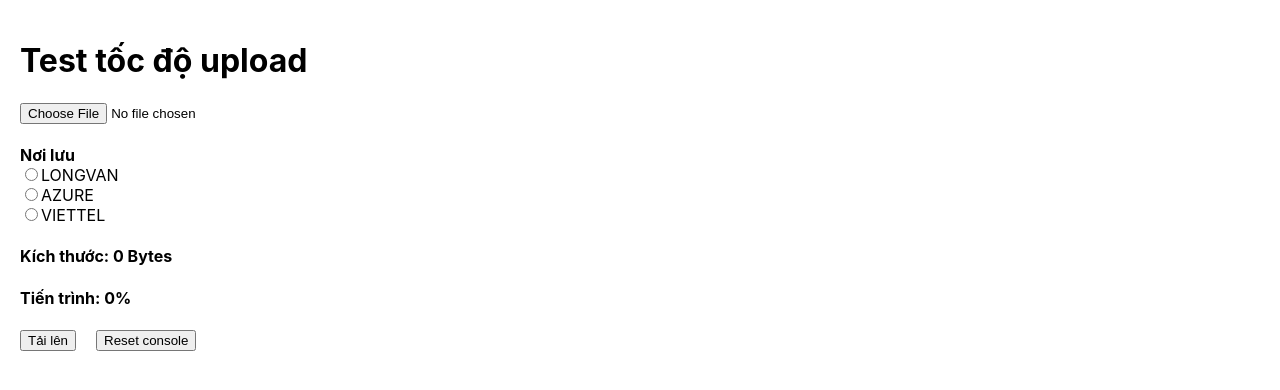
Repository: duc30012001/viettel-test-upload
Page: /
These files come from the project's save history. The page is drawn as it stood at one moment and after the next save; the edit follows.
The browser window is 1280 px wide. The pictures show the whole page.
The project was rebuilt for these pictures with package versions that can differ from the ones it lists, and the page was loaded fresh each time. Imported but missing from the stored project, and not drawn on this page: src/reportWebVitals.

Above is the page before, as saved 2023-03-16 12:59:57.

### src/App.jsx
// ./src/App.tsx

import React, { useState, useRef } from "react";
import { uploadToAzure, uploadToViettel, uploadToLongVan } from "./Upload";
import { getFileSize } from "./helper";

const DISTRIBUTOR = ["LONGVAN", "AZURE", "VIETTEL"];

const App = () => {
  const fileInput = useRef(null);
  const [file, setFile] = useState({});
  const [distributor, setDistributor] = useState("");
  const [progress, setProgress] = useState(0);
  const handleChangeProgress = (value) => {
    setProgress(value);
  };

  const handleUpload = async (e) => {
    if (!distributor) {
      alert("Vui lòng chọn nơi lưu");
      return;
    }
    if (!file.name) {
      alert("Vui lòng chọn file");
      return;
    }

    const fileUploadInformation = {
      startTime: new Date(),
      file: file,
      objKey: file.name,
      reader: new FileReader(),
    };

    if (distributor === "AZURE") {
      await uploadToAzure(fileUploadInformation, handleChangeProgress);
    } else if (distributor === "VIETTEL") {
      await uploadToViettel(fileUploadInformation, handleChangeProgress);
    } else {
      await uploadToLongVan(fileUploadInformation, handleChangeProgress);
    }
  };

  const onChange = (e) => {
    setFile(e.target.files?.[0] || {});
  };

  const onChangeDistributor = (e) => {
    setDistributor(e.target.value);
  };

  const handleResetConsole = () => {
    console.log(
      "-----------------------------------------------------------------------------------",
    );
  };

  return (
    <div style={{ padding: "20px" }}>
      <h1>Test tốc độ upload</h1>
      <input
        style={{ width: "100%" }}
        ref={fileInput}
        onChange={onChange}
        type="file"
        required
      />
      <div>
        <h4 style={{ marginBottom: 0 }}>Nơi lưu</h4>

        {DISTRIBUTOR.map((item) => (
          <React.Fragment key={item}>
            <input
              onChange={onChangeDistributor}
              type="radio"
              id={item}
              name="fav_language"
              value={item}
            />
            <label htmlFor={item}>{item}</label>
            <br />
          </React.Fragment>
        ))}
      </div>

      {/* <h3>Tên file: {file.name || ""}</h3> */}
      <h4>Kích thước: {getFileSize(file.size || 0)}</h4>
      <h4>Tiến trình: {progress}%</h4>
      <button onClick={handleUpload}>Tải lên</button>
      <button style={{ marginLeft: "20px" }} onClick={handleResetConsole}>
        Reset console
      </button>
    </div>
  );
};

export default App;

### src/Upload/index.js
export * from "./uploadToAzure";
export * from "./uploadToViettel";
export * from "./uploadToLongVan";

### src/helper.js
import dayjs from "dayjs";

export const getFileSize = (bytes) => {
  if (bytes === 0) return "0 Bytes";
  let k = 1024,
    dm = 2,
    sizes = ["Bytes", "KB", "MB", "GB", "TB", "PB", "EB", "ZB", "YB"],
    i = Math.floor(Math.log(bytes) / Math.log(k));
  return parseFloat((bytes / Math.pow(k, i)).toFixed(dm)) + " " + sizes[i];
};

export function convertTime(startTime, endTime) {
  const time = endTime - startTime;
  const minutes = dayjs(time).format("mm");
  const seconds = dayjs(time).format("ss");
  return `${minutes} phút ${seconds} giây`;
}

### src/Upload/uploadToAzure.js
import { BlobServiceClient } from "@azure/storage-blob";
import { getFileSize, convertTime } from "../helper";

export const uploadToAzure = async (fileUploadInformation, setProgress) => {
  const { file } = fileUploadInformation;
  const containerName = "uploaded";
  const connectionString =
    "BlobEndpoint=https://antmusicdemo.blob.core.windows.net/;QueueEndpoint=https://antmusicdemo.queue.core.windows.net/;FileEndpoint=https://antmusicdemo.file.core.windows.net/;TableEndpoint=https://antmusicdemo.table.core.windows.net/;SharedAccessSignature=sv=2021-12-02&ss=bfqt&srt=co&sp=rwdlacupiytfx&se=2023-03-16T11:29:14Z&st=2023-03-16T03:29:14Z&spr=https&sig=o8MVlJ%2F45IHkzLmqR6WjuiMXJNNm%2FW6XZQ3bFEWURNQ%3D";
  const blobServiceClient =
    BlobServiceClient.fromConnectionString(connectionString);
  const containerClient = blobServiceClient.getContainerClient(containerName);
  const blockBlobClient = containerClient.getBlockBlobClient(file.name);

  try {
    await blockBlobClient.uploadBrowserData(file, {
      onProgress: (currentProgress) => {
        let newProgress = (
          (currentProgress.loadedBytes / file.size) *
          100
        ).toFixed(2);
        if (newProgress > 100) newProgress = 100;
        setProgress(newProgress);
      },
    });
    const endTime = new Date(); // End time of the upload

    const finishedTime = convertTime(fileUploadInformation.startTime, endTime);
    const fileSize = getFileSize(fileUploadInformation.file.size);
    const message = `AZURE  : Hoàn thành trong ${finishedTime} | Kích thước: ${fileSize}`;

    console.log(message);
    alert(message);

    return endTime;
  } catch (error) {
    console.error("Failed to upload file", error);
  }
};

### src/Upload/uploadToViettel.js
import AWS from "aws-sdk";
import { convertTime, getFileSize } from "../helper";

const CONFIG = {
  accessKey: "63048af01deccf617b4d",
  secretKey: "k2Wj7uoJ/QSw1GjMjZnboIoAPnlm+j6iQsXttv0z",
  endpoint: "s3-north.viettelidc.com.vn",
  bucket: "ant-music-trial-viettel",
};

let { accessKey, secretKey, endpoint, bucket } = CONFIG;

let s3 = new AWS.S3({
  accessKeyId: accessKey,
  secretAccessKey: secretKey,
  endpoint: endpoint,
  s3ForcePathStyle: true,
  //signatureVersion: "v3",
  sslEnabled: true,
  httpOptions: {
    timeout: 1000 * 60000,
  },
});

// ========================== UPLOAD MULTI PART ===========================
const PART_SIZE = 5 * 1024 * 1024;

export const uploadToViettel = (
  fileUploadInformation,
  handleChangeUploadProgress,
  distributor,
) => {
  const params = {
    Bucket: bucket,
    Key: fileUploadInformation.objKey,
    ContentType: fileUploadInformation.file.type,
    ACL: "public-read",
  };

  s3.createMultipartUpload(params, (mpErr, multipart) => {
    if (mpErr) {
      console.log("createMultipartUpload Error: ", mpErr);
      return;
    }
    uploadPart(
      s3,
      multipart,
      1,
      0,
      fileUploadInformation,
      handleChangeUploadProgress,
    );
  });
};

function uploadPart(
  s3,
  multipart,
  partNum,
  rangeStart,
  fileUploadInformation,
  handleChangeUploadProgress,
) {
  let progress = ((rangeStart / fileUploadInformation.file.size) * 100).toFixed(
    2,
  );
  if (progress > 100) progress = 100;
  handleChangeUploadProgress(progress);

  if (fileUploadInformation.file.size <= rangeStart) {
    getETag(multipart.UploadId, partNum - 1, fileUploadInformation);
    return;
  }

  fileUploadInformation.reader.readAsArrayBuffer(
    fileUploadInformation.file.slice(rangeStart, rangeStart + PART_SIZE),
  );
  fileUploadInformation.reader.onload = function startUploadAPart() {
    let byte2Upload = null;
    byte2Upload = fileUploadInformation.reader.result;
    const partParams = {
      Body: byte2Upload,
      Bucket: bucket,
      Key: fileUploadInformation.objKey,
      PartNumber: String(partNum),
      UploadId: multipart.UploadId,
    };

    s3.uploadPart(partParams, (multiErr, mData) => {
      if (multiErr) {
        console.log("multiErr, upload part error: ", multiErr);
        return;
      }
      byte2Upload = null;
      uploadPart(
        s3,
        multipart,
        partNum + 1,
        rangeStart + PART_SIZE,
        fileUploadInformation,
        handleChangeUploadProgress,
      );
    });
  };
}

function getETag(uploadId, totalPart, fileUploadInformation) {
  var listPartParams = {
    Bucket: bucket,
    Key: fileUploadInformation.objKey,
    UploadId: uploadId,
    MaxParts: totalPart,
    PartNumberMarker: 0,
  };
  s3.listParts(listPartParams, (err, data) => {
    if (err) {
      console.log("🚀 ~ file: UploadForm.js:187 ~ s3.listParts ~ err:", err);
      return;
    }

    var multipartMap = {
      Parts: [0],
    };
    for (let i = 0; i < data.Parts.length; i++) {
      let aPart = data.Parts[i];
      multipartMap.Parts[i] = {
        ETag: aPart.ETag,
        PartNumber: Number(aPart.PartNumber),
      };
    }

    var doneParams = {
      Bucket: bucket,
      Key: fileUploadInformation.objKey,
      MultipartUpload: multipartMap,
      UploadId: uploadId,
    };
    completeMultipartUpload(s3, doneParams, fileUploadInformation);
  });
}

function completeMultipartUpload(s3, doneParams, fileUploadInformation) {
  s3.completeMultipartUpload(doneParams, (err, data) => {
    if (err) {
      console.log("An error occurred while competing the multipart upload");
      console.log(err);
    } else {
      const endTime = new Date(); // End time of the upload

      const finishedTime = convertTime(
        fileUploadInformation.startTime,
        endTime,
      );
      const fileSize = getFileSize(fileUploadInformation.file.size);
      const message = `VIETTEL: Hoàn thành trong ${finishedTime} | Kích thước: ${fileSize}`;

      console.log(message);
      alert(message);
    }
  });
}

### src/Upload/uploadToLongVan.js
import AWS from "aws-sdk";
import { getFileSize, convertTime } from "../helper";

const CONFIG = {
  accessKey: "EUMTEDYNRU6NEV7CQ1P0",
  secretKey: "0xCTFBIzeanOPzACW8hWJ83q84EzLxllPY9u3BDp",
  endpoint: "s3-hcm-r1.longvan.net",
  bucket: "ant-music-bucket-test",
};

let { accessKey, secretKey, endpoint, bucket } = CONFIG;

let s3 = new AWS.S3({
  accessKeyId: accessKey,
  secretAccessKey: secretKey,
  endpoint: endpoint,
  s3ForcePathStyle: true,
  //signatureVersion: "v3",
  sslEnabled: true,
  httpOptions: {
    timeout: 1000 * 60000,
  },
});

export const uploadToLongVan = (
  fileUploadInformation,
  handleChangeUploadProgress,
) => {
  const { file, objKey, startTime } = fileUploadInformation;
  const params = {
    Body: file,
    Bucket: bucket,
    Key: objKey,
  };

  const managedUpload = new AWS.S3.ManagedUpload({
    partSize: file.size + 10 * 1024 * 1024,
    queueSize: 1,
    params: params,
    service: s3,
  });

  managedUpload.on("httpUploadProgress", (progress) => {
    const progressVariable = Math.round(
      (progress.loaded / progress.total) * 100,
    );
    handleChangeUploadProgress(progressVariable);
  });
  managedUpload.send((err, data) => {
    if (err) {
      alert("File upload lỗi", err);
      return;
    }
    const endTime = new Date(); // End time of the upload

    const finishedTime = convertTime(startTime, endTime);
    const fileSize = getFileSize(fileUploadInformation.file.size);
    const message = `LONGVAN: Hoàn thành trong ${finishedTime} | Kích thước: ${fileSize}`;

    console.log(message);
    alert(message);
  });
};

Loaded but not shown: public/index.html (common file); src/index.jsx (common file); src/index.css (common file)

After the next save:
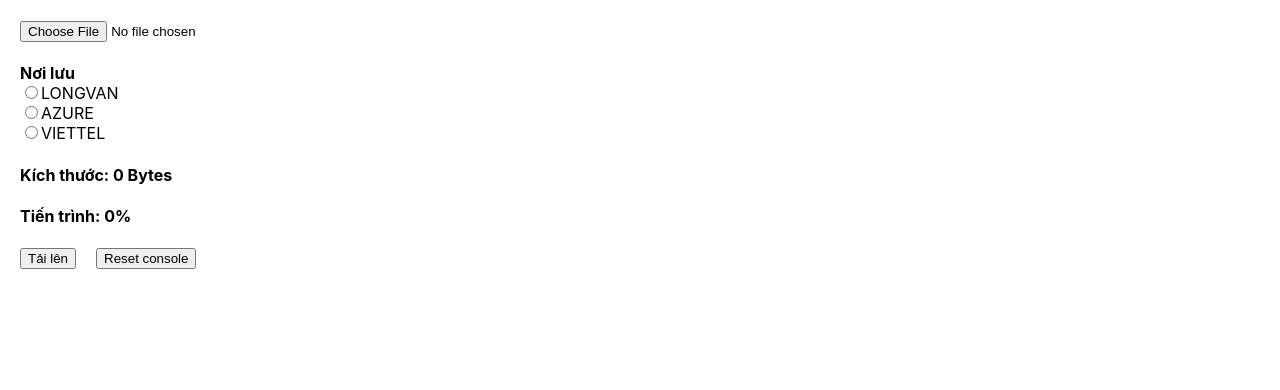
Saved 44 s later.
--- a/src/App.jsx
+++ b/src/App.jsx
@@ -57,7 +57,7 @@ const App = () => {
 
   return (
     <div style={{ padding: "20px" }}>
-      <h1>Test tốc độ upload</h1>
+      {/* <h1>Test tốc độ upload</h1> */}
       <input
         style={{ width: "100%" }}
         ref={fileInput}
